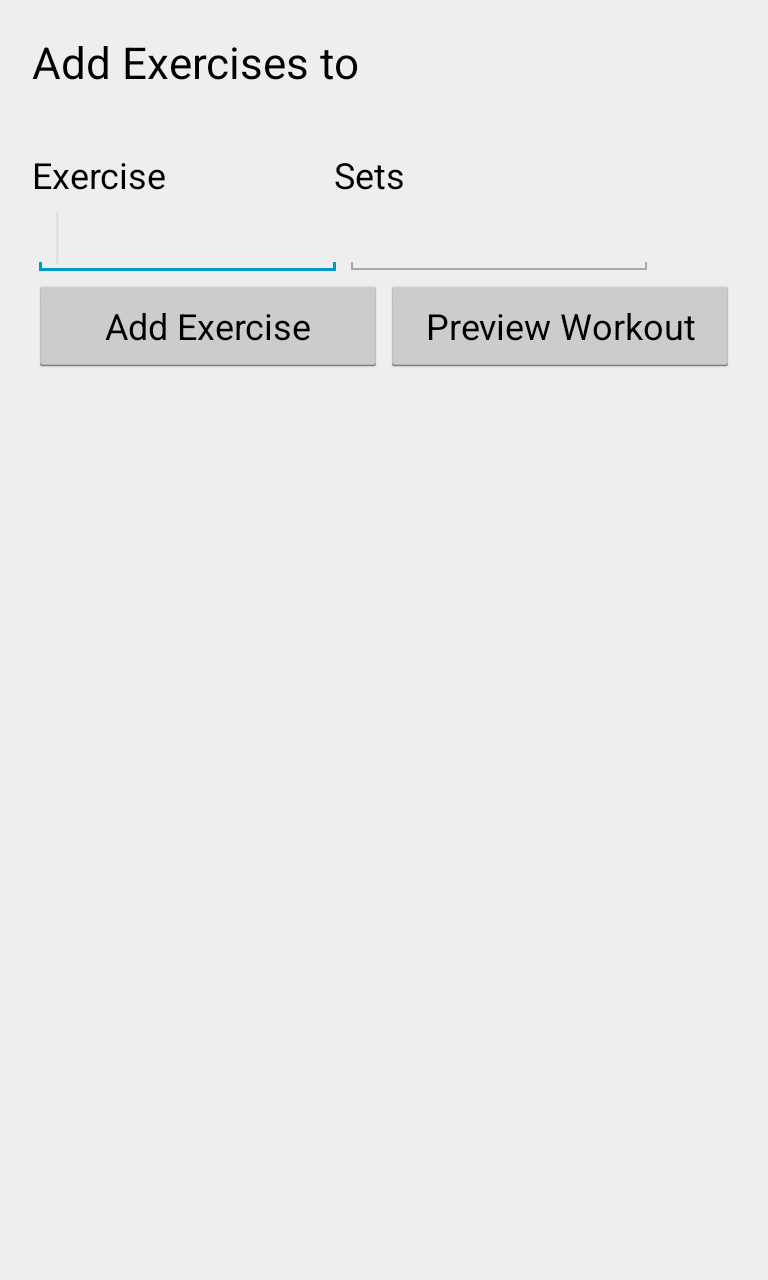
Repository: jmcdon09/EZWorkout
Layout: EzTrain/EzTrain/res/layout/activity_add_exercises.xml
An editor plug-in stored every save of this project. The layout is shown before and after the next save, followed by the edit.
It is drawn on a 768 x 1280 px phone screen (xhdpi) without system bars, with theme AppTheme; the app's code is not run. Lists and similar views that code fills are empty.

Above is the layout before, as saved 2014-03-29 01:37:07.

### EzTrain/EzTrain/res/layout/activity_add_exercises.xml
<LinearLayout xmlns:android="http://schemas.android.com/apk/res/android"
    xmlns:tools="http://schemas.android.com/tools"
    android:id="@+id/LinearLayout1"
    android:layout_width="match_parent"
    android:layout_height="match_parent"
    android:background="@color/background"
    android:orientation="vertical"
    android:paddingBottom="@dimen/activity_vertical_margin"
    android:paddingLeft="@dimen/activity_horizontal_margin"
    android:paddingRight="@dimen/activity_horizontal_margin"
    android:paddingTop="@dimen/activity_vertical_margin"
    tools:context=".AddExercises" >

    <LinearLayout
        android:layout_width="match_parent"
        android:layout_height="wrap_content" >

        <TextView
            android:id="@+id/adding_exercises"
            android:layout_width="wrap_content"
            android:layout_height="wrap_content"
            android:text="@string/add_exercise_to_workout"
            android:textAppearance="?android:attr/textAppearanceLarge" />

        <TextView
            android:id="@+id/workout_name"
            android:layout_width="wrap_content"
            android:layout_height="wrap_content"
            android:textAppearance="?android:attr/textAppearanceLarge" />

    </LinearLayout>

    <TextView
        android:id="@+id/muscle_group"
        android:layout_width="wrap_content"
        android:layout_height="wrap_content"
        android:textAppearance="?android:attr/textAppearanceLarge" />

    <LinearLayout
        android:weightSum="100"
        android:layout_width="match_parent"
        android:layout_height="wrap_content" >

        <TextView
            android:layout_weight="40"
            android:id="@+id/add_exercise_exercise"
            android:layout_width="wrap_content"
            android:layout_height="wrap_content"
            android:text="@string/exercise"
            android:textAppearance="?android:attr/textAppearanceMedium" />

        <TextView
            android:layout_weight="80"
            android:id="@+id/add_exercise_set"
            android:layout_width="wrap_content"
            android:layout_height="wrap_content"
            android:text="@string/sets"
            android:textAppearance="?android:attr/textAppearanceMedium" />

        <TextView
            android:layout_weight="80"
            android:id="@+id/add_exercise_rep"
            android:layout_width="wrap_content"
            android:layout_height="wrap_content"
            android:text="@string/reps"
            android:textAppearance="?android:attr/textAppearanceMedium" />

    </LinearLayout>

    <LinearLayout
        android:weightSum="100"
        android:layout_width="match_parent"
        android:layout_height="wrap_content" >

        <TextView
            android:layout_weight="40"
            android:id="@+id/add_exercise_name"
            android:layout_width="wrap_content"
            android:layout_height="wrap_content"
            android:textAppearance="?android:attr/textAppearanceMedium" />

        <EditText
            android:id="@+id/add_exercise_set_input"
            android:layout_width="wrap_content"
            android:layout_height="wrap_content"
            android:layout_weight="80"
            android:ems="10"
            android:inputType="number" >

            <requestFocus />
        </EditText>

        <EditText
            android:id="@+id/add_exercise_rep_input"
            android:layout_width="wrap_content"
            android:layout_height="wrap_content"
            android:layout_weight="80"
            android:ems="10"
            android:inputType="number" />

    </LinearLayout>

    <LinearLayout
        android:weightSum="100"
        android:layout_width="match_parent"
        android:layout_height="wrap_content" >

        <Button
            android:layout_weight="50"
            android:id="@+id/add_exercise"
            android:layout_width="fill_parent"
            android:layout_height="wrap_content"
            android:text="@string/add_exercise" />

        <Button
            android:layout_weight="50"
            android:id="@+id/preview_workout"
            android:layout_width="fill_parent"
            android:layout_height="wrap_content"
            android:text="@string/preview_workout" />

    </LinearLayout>

    <ListView
        android:id="@+id/exercise_list"
        android:layout_width="match_parent"
        android:layout_height="wrap_content" >
    </ListView>

</LinearLayout>

### EzTrain/EzTrain/res/values-v11/styles.xml
<?xml version="1.0" encoding="utf-8"?>
<resources>

    <!--
        Base application theme for API 11+. This theme completely replaces
        AppBaseTheme from res/values/styles.xml on API 11+ devices.
    -->
    <style name="AppBaseTheme" parent="android:Theme.Holo.Light">
        <!-- API 11 theme customizations can go here. -->
    </style>

    <style name="FullscreenTheme" parent="android:Theme.Holo">
        <item name="android:actionBarStyle">@style/FullscreenActionBarStyle</item>
        <item name="android:windowActionBarOverlay">true</item>
        <item name="android:windowBackground">@null</item>
        <item name="buttonBarStyle">?android:attr/buttonBarStyle</item>
        <item name="buttonBarButtonStyle">?android:attr/buttonBarButtonStyle</item>
    </style>

    <style name="FullscreenActionBarStyle" parent="android:Widget.Holo.Light.ActionBar">
        <item name="android:background">@color/action_bar_background</item>
        <item name="android:actionMenuTextColor">@color/black_overlay</item>
    </style>

</resources>

### EzTrain/EzTrain/res/values-v14/styles.xml
<resources>

    <!--
        Base application theme for API 14+. This theme completely replaces
        AppBaseTheme from BOTH res/values/styles.xml and
        res/values-v11/styles.xml on API 14+ devices.
    -->
    <style name="AppBaseTheme" parent="@android:style/Theme.Holo.Light.DarkActionBar">
        <!-- API 14 theme customizations can go here. -->
        <item name="android:actionBarStyle">@style/MyActionBar</item>


    </style>

    <style name="MyActionBar" parent="@android:style/Widget.Holo.Light.ActionBar">
        <item name="android:background">@color/action_bar_background</item>
        <item name="android:titleTextStyle">@style/MyActionBarTitle</item>
    </style>

	<style name="MyActionBarTitle" parent="@android:style/TextAppearance.Holo.Widget.ActionBar.Title">
	    <item name="android:textColor">@color/title</item>

	</style>



</resources>

### EzTrain/EzTrain/res/values/colors.xml
<resources>

    <color name="action_bar_background">#4db6af</color>
    <color name="black_overlay">#66000000</color>
    <color name="background">#eee</color>
    <color name="font">#444</color>
    <color name="accent">#ccc</color>
    <color name="title">#FFF</color>

</resources>

### EzTrain/EzTrain/res/values/strings.xml
<?xml version="1.0" encoding="utf-8"?>
<resources>

    <string name="app_name">EZWorkout</string>

    <string-array name="muscle_groups">
        <item>Arms</item>
        <item>Abdominals</item>
        <item>Chest</item>
        <item>Back</item>
        <item>Legs</item>
        <item>Shoulders</item>
    </string-array>

    <string-array name="my_workouts">
        <item>Biceps</item>
        <item>Major Chest Workout</item>
    </string-array>

    <string-array name="chest">
        <item>Benchpress</item>
        <item>Butterflys</item>
        <item>Push Ups</item>
        <item>Iron Cross</item>
        <item>Decline Dumbell Press</item>
        <item></item>
    </string-array>

    <string-array name="arms">
        <item>Bicep Curls</item>
        <item>Spider Curls</item>
        <item>Tricep Dips</item>
        <item>Skullcrushers</item>
        <item>French Press</item>
    </string-array>

    <string-array name="shoudlers">
        <item>Shoulder Abduction</item>
        <item>Military Press</item>
    </string-array>

    <string-array name="abdominals">
        <item>Crunches</item>
        <item>Russian Twists</item>
        <item>Sit-ups</item>
        <item>Toe Touches</item>
    </string-array>

    <string-array name="legs">
        <item>One Legged Squats</item>
        <item>Romanian Deadlifts</item>
        <item>Trap Bar Deadlifts</item>
        <item>Box Jumps</item>
    </string-array>

    <string-array name="back">
        <item>Standing Good Mornings</item>
        <item>Seated Good Mornings</item>
        <item>Reverse Hypers</item>
        <item>Chin Ups</item>
    </string-array>

    <string name="workout_now">Start Workout</string>
    <string name="progress">My Progress</string>
    <string name="design_work">Design Workout</string>
    <string name="title_activity_start_workout">Start Workout</string>
    <string name="title_activity_my_progress">My Progress</string>
    <string name="title_activity_design_workout">Design Workout</string>
    <string name="title_activity_add_exercises">Add Exercises</string>
    <string name="title_activity_create_exercise">Create Exercise</string>
    <string name="title_activity_preview_workout">Preview Workout</string>
    <string name="title_activity_my_workouts">My Workouts</string>
    <string name="title_activity_workout">Workout</string>
    <string name="title_activity_active_workout">Active Workout</string>
    <string name="workout_name">Workout Name</string>
    <string name="return_workout"></string>
    <string name="action_settings">Action Settings</string>
    <string name="add_exercise_to_workout">Add Exercises to </string>
    <string name="add_exercise">Add Exercise</string>
    <string name="begin_design">Start Design</string>
    <string name="create_exercise">Create Exercise</string>
    <string name="muscle_group">Muscle Group</string>
    <string name="workout_description">Workout Description</string>
    <string name="my_workouts">My Workouts</string>
    <string name="start_workout">Start Workout</string>
    <string name="browse_workouts">Browse Workouts</string>
    <string name="exercise_name">Exercise Name</string>
    <string name="rep_hint">Rep hint goes here</string>
    <string name="action_home">Home</string>
    <string name="exercise1">Bench press </string>
    <string name="set1">4</string>
    <string name="rep1">8#821112</string>
    <string name="hello_world">Hello world!</string>
    <string name="preview_workout">Preview Workout</string>
    <string name="title_activity_preview_design">Preview Design</string>
    <string name="exercise">Exercise</string>
    <string name="sets">Sets</string>
    <string name="reps">Reps</string>
    <string name="weight">Weight</string>



</resources>

Loaded but not shown: EzTrain/EzTrain/res/values/styles.xml (common file); EzTrain/EzTrain/res/values/dimens.xml (common file)

After the next save:
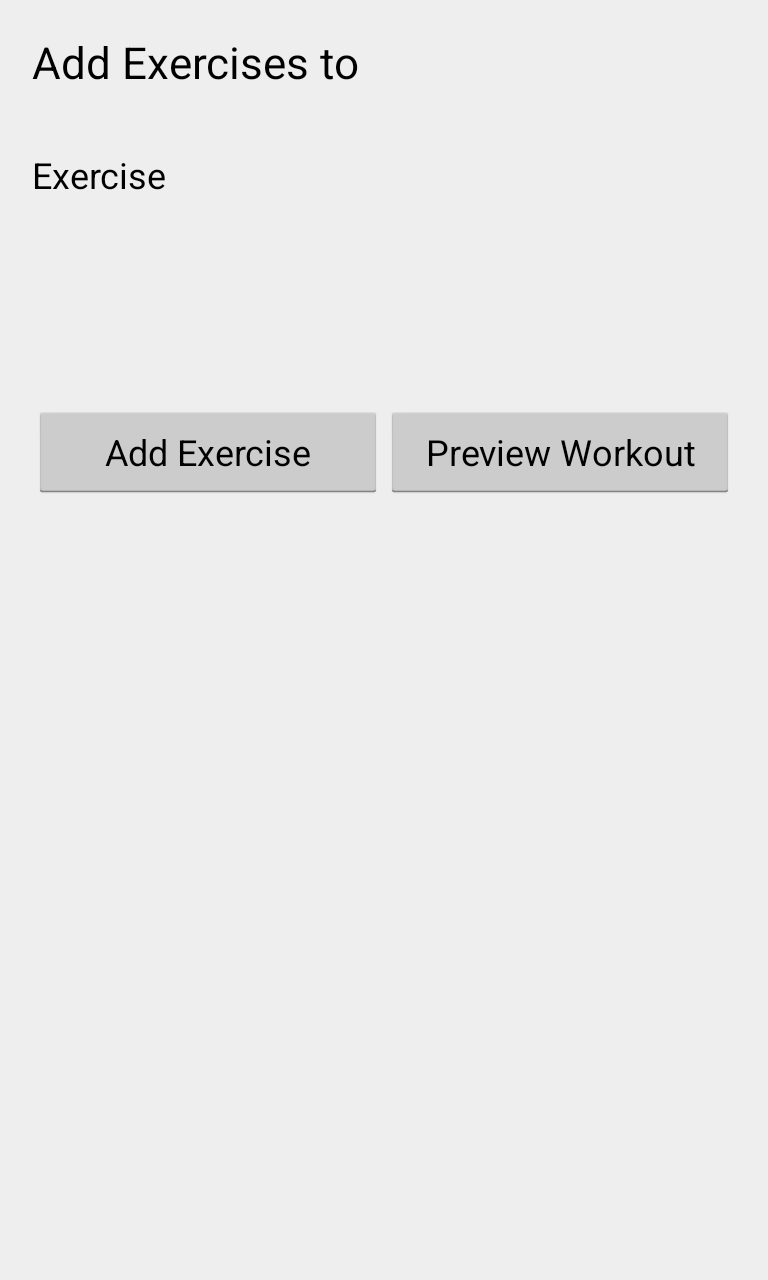
Saved 50 s later.
--- a/EzTrain/EzTrain/res/layout/activity_add_exercises.xml
+++ b/EzTrain/EzTrain/res/layout/activity_add_exercises.xml
@@ -44,7 +44,7 @@
         <TextView
             android:layout_weight="40"
             android:id="@+id/add_exercise_exercise"
-            android:layout_width="wrap_content"
+            android:layout_width="fill_parent"
             android:layout_height="wrap_content"
             android:text="@string/exercise"
             android:textAppearance="?android:attr/textAppearanceMedium" />
@@ -52,7 +52,7 @@
         <TextView
             android:layout_weight="80"
             android:id="@+id/add_exercise_set"
-            android:layout_width="wrap_content"
+            android:layout_width="fill_parent"
             android:layout_height="wrap_content"
             android:text="@string/sets"
             android:textAppearance="?android:attr/textAppearanceMedium" />
@@ -60,7 +60,7 @@
         <TextView
             android:layout_weight="80"
             android:id="@+id/add_exercise_rep"
-            android:layout_width="wrap_content"
+            android:layout_width="fill_parent"
             android:layout_height="wrap_content"
             android:text="@string/reps"
             android:textAppearance="?android:attr/textAppearanceMedium" />
@@ -75,13 +75,13 @@
         <TextView
             android:layout_weight="40"
             android:id="@+id/add_exercise_name"
-            android:layout_width="wrap_content"
+            android:layout_width="fill_parent"
             android:layout_height="wrap_content"
             android:textAppearance="?android:attr/textAppearanceMedium" />
 
         <EditText
             android:id="@+id/add_exercise_set_input"
-            android:layout_width="wrap_content"
+            android:layout_width="fill_parent"
             android:layout_height="wrap_content"
             android:layout_weight="80"
             android:ems="10"
@@ -92,7 +92,7 @@
 
         <EditText
             android:id="@+id/add_exercise_rep_input"
-            android:layout_width="wrap_content"
+            android:layout_width="fill_parent"
             android:layout_height="wrap_content"
             android:layout_weight="80"
             android:ems="10"
